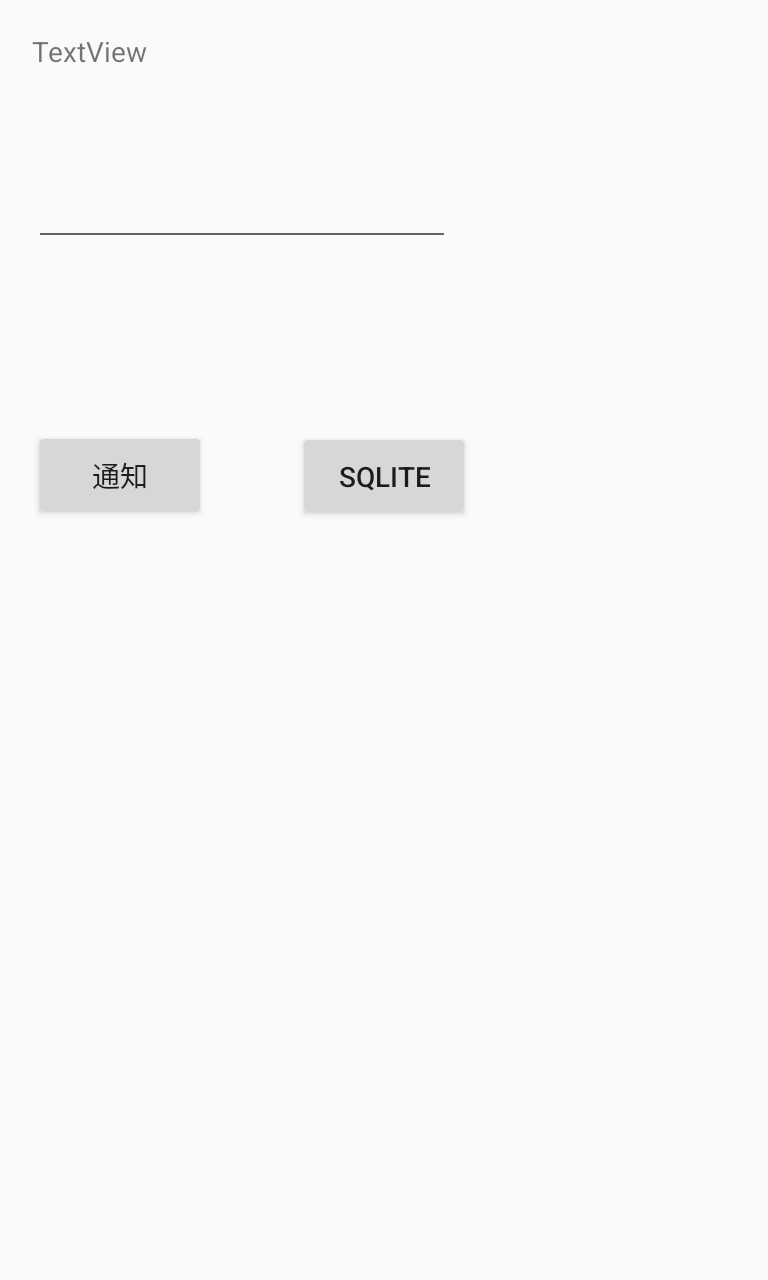
Repository: vampire08ms/Android_Project
Layout: Ring/res/layout/activity_main_activity1.xml
These files come from the project's save history. The layout is drawn as it stood at one moment and after the next save; the edit follows.
It is drawn on a 768 x 1280 px phone screen (xhdpi) without system bars, with theme AppTheme; the app's code is not run.

Above is the layout before, as saved 2015-02-22 05:31:27.

### Ring/res/layout/activity_main_activity1.xml
<RelativeLayout xmlns:android="http://schemas.android.com/apk/res/android"
    xmlns:tools="http://schemas.android.com/tools"
    android:layout_width="match_parent"
    android:layout_height="match_parent"
    android:paddingBottom="@dimen/activity_vertical_margin"
    android:paddingLeft="@dimen/activity_horizontal_margin"
    android:paddingRight="@dimen/activity_horizontal_margin"
    android:paddingTop="@dimen/activity_vertical_margin"
    tools:context="com.example.ring.MainActivity1" >

    <TextView
        android:id="@+id/textView1"
        android:layout_width="wrap_content"
        android:layout_height="wrap_content"
        android:layout_alignParentLeft="true"
        android:layout_alignParentTop="true"
        android:text="TextView" />

    <Button
        android:id="@+id/button2"
        android:layout_width="wrap_content"
        android:layout_height="wrap_content"
        android:layout_alignBaseline="@+id/button1"
        android:layout_alignBottom="@+id/button1"
        android:layout_centerHorizontal="true"
        android:text="SQLite" />

    <Button
        android:id="@+id/button1"
        android:layout_width="wrap_content"
        android:layout_height="wrap_content"
        android:layout_alignLeft="@+id/editText1"
        android:layout_below="@+id/editText1"
        android:layout_marginTop="88dp"
        android:text="通知" />

    <EditText
        android:id="@+id/editText1"
        android:layout_width="wrap_content"
        android:layout_height="wrap_content"
        android:layout_alignLeft="@+id/textView1"
        android:layout_below="@+id/textView1"
        android:layout_marginTop="49dp"
        android:ems="10" />

</RelativeLayout>

Loaded but not shown: Ring/res/values/styles.xml (common file); Ring/res/values-v11/styles.xml (common file); Ring/res/values-v14/styles.xml (common file); Ring/res/values/dimens.xml (common file); Ring/res/values-w820dp/dimens.xml (common file)

After the next save:
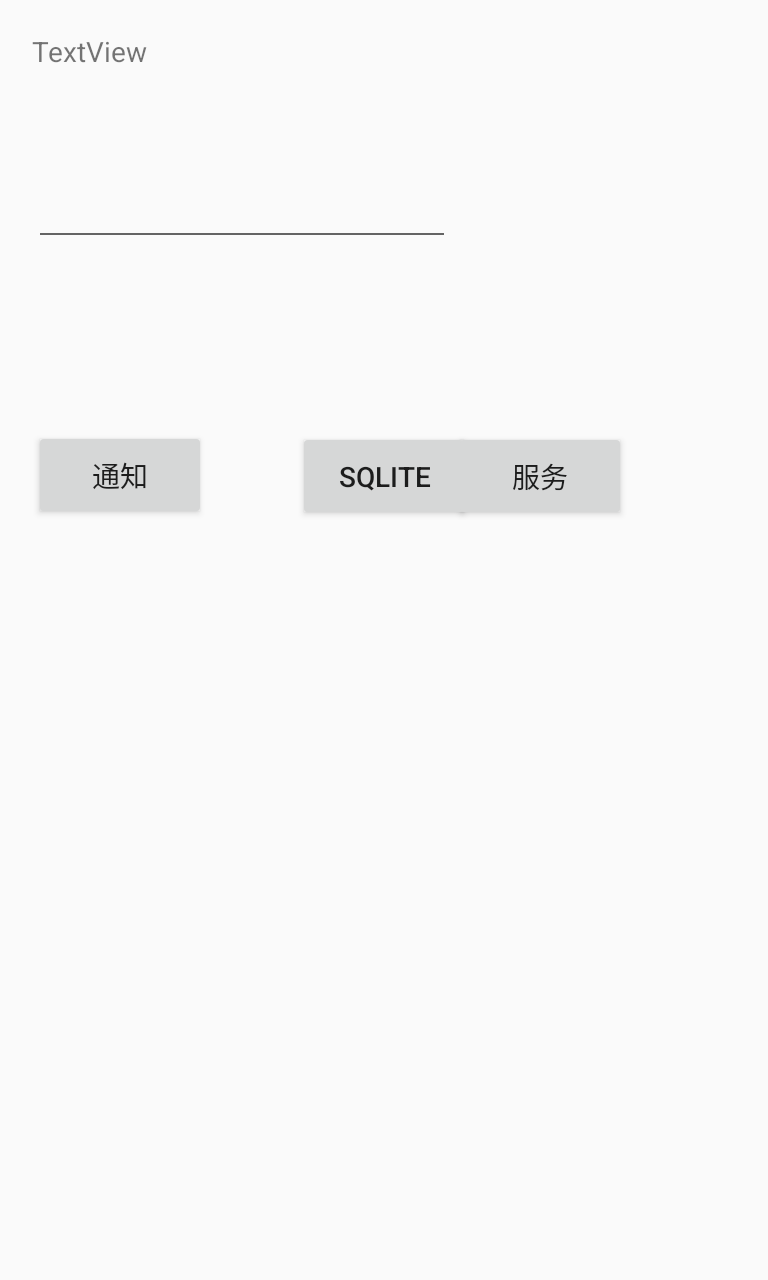
Saved 18 s later.
--- a/Ring/res/layout/activity_main_activity1.xml
+++ b/Ring/res/layout/activity_main_activity1.xml
@@ -43,4 +43,12 @@
         android:layout_marginTop="49dp"
         android:ems="10" />
 
+    <Button
+        android:id="@+id/button3"
+        android:layout_width="wrap_content"
+        android:layout_height="wrap_content"
+        android:layout_alignTop="@+id/button2"
+        android:layout_toRightOf="@+id/editText1"
+        android:text="服务" />
+
 </RelativeLayout>
